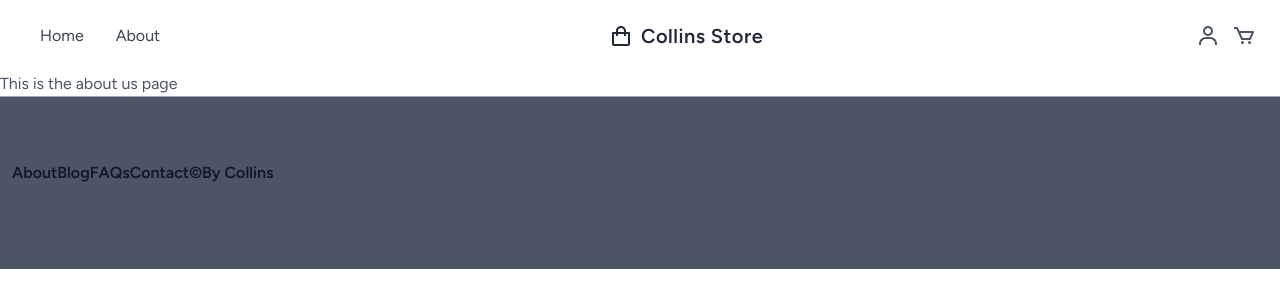
Repository: Collins145/e-commerce-website
Page: http://localhost/about
These files come from the project's save history. The page is drawn as it stood at one moment and after the next save; the edit follows.
The browser window is 1280 px wide. The pictures show the whole page.
The page is served by the project's Laravel application, run on PHP 8.4 with Laravel 10. Other server files are loaded and not shown. Style sheets and scripts are compiled from the project's sources, by tool versions that may differ from the author's.

Above is the page before, as saved 2023-06-17 14:19:45.

### routes/web.php
<?php

use App\Http\Controllers\ProfileController;
use Illuminate\Support\Facades\Route;
use App\Http\Controllers\SiteController;

/*
|--------------------------------------------------------------------------
| Web Routes
|--------------------------------------------------------------------------
|
| Here is where you can register web routes for your application. These
| routes are loaded by the RouteServiceProvider and all of them will
| be assigned to the "web" middleware group. Make something great!
|
*/

Route::get('/', [SiteController::class, 'index'])->name('home');
Route::get('about', [SiteController::class, 'about'])->name('about');
Route::get('footer', [SiteController::class, 'footer'])->name('footer');

Route::get('/dashboard', function () {
    return view('dashboard');
})->middleware(['auth', 'verified'])->name('dashboard');

Route::middleware('auth')->group(function () {
    Route::get('/profile', [ProfileController::class, 'edit'])->name('profile.edit');
    Route::patch('/profile', [ProfileController::class, 'update'])->name('profile.update');
    Route::delete('/profile', [ProfileController::class, 'destroy'])->name('profile.destroy');
});

require __DIR__.'/auth.php';

### app/Http/Controllers/SiteController.php
<?php

namespace App\Http\Controllers;

use Illuminate\Http\Request;

class SiteController extends Controller
{
    public function index() {
        return view('site.home');
    }

    public function about() {
        return view('site.about');
    }
    public function footer() {
        return view('site.footer');
    }
}

### resources/views/site/about.blade.php
@extends('layouts.site')
@section('content')
This is the about us page
@endsection

### resources/views/layouts/site.blade.php
<!DOCTYPE html>
<html lang="{{ str_replace('_', '-', app()->getLocale()) }}">
    <head>
        <meta charset="utf-8">
        <meta name="viewport" content="width=device-width, initial-scale=1">
        <meta name="csrf-token" content="{{ csrf_token() }}">

        <title>{{ config('app.name', 'Laravel') }}</title>

        <!-- Fonts -->
        <link rel="preconnect" href="https://fonts.bunny.net">
        <link href="https://fonts.bunny.net/css?family=figtree:400,500,600&display=swap" rel="stylesheet" />

        <!-- Scripts -->
        @vite(['resources/css/app.css', 'resources/js/app.js'])
    </head>
    <body class="bg-white text-gray-600 font-sans leading-normal text-base tracking-normal">
        <x-site.header/>
        @yield('content')
        <x-site.footer/>
    </body>
</html>

### resources/views/components/site/header.blade.php
    <nav id="header" class="w-full z-30 top-0 py-1">
        <div class="w-full container mx-auto flex flex-wrap items-center justify-between mt-0 px-6 py-3">

            <label for="menu-toggle" class="cursor-pointer md:hidden block">
                <svg class="fill-current text-gray-900" xmlns="http://www.w3.org/2000/svg" width="20" height="20" viewBox="0 0 20 20">
                    <title>menu</title>
                    <path d="M0 3h20v2H0V3zm0 6h20v2H0V9zm0 6h20v2H0v-2z"></path>
                </svg>
            </label>
            <input class="hidden" type="checkbox" id="menu-toggle" />

            <div class="hidden md:flex md:items-center md:w-auto w-full order-3 md:order-1" id="menu">
                <nav>
                    <ul class="md:flex items-center justify-between text-base text-gray-700 pt-4 md:pt-0">
                        <li><a class="inline-block no-underline hover:text-black hover:underline py-2 px-4" href="{{route('home')}}">Home</a></li>
                        <li><a class="inline-block no-underline hover:text-black hover:underline py-2 px-4" href="{{route('about')}}">About</a></li>
                    </ul>
                </nav>
            </div>

            <div class="order-1 md:order-2">
                <a class="flex items-center tracking-wide no-underline hover:no-underline font-bold text-gray-800 text-xl " href="{{route('home')}}">
                    <svg class="fill-current text-gray-800 mr-2" xmlns="http://www.w3.org/2000/svg" width="24" height="24" viewBox="0 0 24 24">
                        <path d="M5,22h14c1.103,0,2-0.897,2-2V9c0-0.553-0.447-1-1-1h-3V7c0-2.757-2.243-5-5-5S7,4.243,7,7v1H4C3.447,8,3,8.447,3,9v11 C3,21.103,3.897,22,5,22z M9,7c0-1.654,1.346-3,3-3s3,1.346,3,3v1H9V7z M5,10h2v2h2v-2h6v2h2v-2h2l0.002,10H5V10z" />
                    </svg>
                    Collins Store
                </a>
            </div>

            <div class="order-2 md:order-3 flex items-center" id="nav-content">

                <a class="inline-block no-underline hover:text-black" href="#">
                    <svg class="fill-current hover:text-black" xmlns="http://www.w3.org/2000/svg" width="24" height="24" viewBox="0 0 24 24">
                        <circle fill="none" cx="12" cy="7" r="3" />
                        <path d="M12 2C9.243 2 7 4.243 7 7s2.243 5 5 5 5-2.243 5-5S14.757 2 12 2zM12 10c-1.654 0-3-1.346-3-3s1.346-3 3-3 3 1.346 3 3S13.654 10 12 10zM21 21v-1c0-3.859-3.141-7-7-7h-4c-3.86 0-7 3.141-7 7v1h2v-1c0-2.757 2.243-5 5-5h4c2.757 0 5 2.243 5 5v1H21z" />
                    </svg>
                </a>

                <a class="pl-3 inline-block no-underline hover:text-black" href="#">
                    <svg class="fill-current hover:text-black" xmlns="http://www.w3.org/2000/svg" width="24" height="24" viewBox="0 0 24 24">
                        <path d="M21,7H7.462L5.91,3.586C5.748,3.229,5.392,3,5,3H2v2h2.356L9.09,15.414C9.252,15.771,9.608,16,10,16h8 c0.4,0,0.762-0.238,0.919-0.606l3-7c0.133-0.309,0.101-0.663-0.084-0.944C21.649,7.169,21.336,7,21,7z M17.341,14h-6.697L8.371,9 h11.112L17.341,14z" />
                        <circle cx="10.5" cy="18.5" r="1.5" />
                        <circle cx="17.5" cy="18.5" r="1.5" />
                    </svg>
                </a>

            </div>
        </div>
    </nav>

### resources/views/components/site/footer.blade.php
    <footer class="container mx-auto bg-gray-600 py-8 border-t border-gray-400">
        <div class="container flex px-3 py-8 ">
            <div class="w-full mx-auto flex flex-wrap">
                <div class="flex w-full lg:w-1/2 ">
                    <div class="flex justify-around px-3 md:px-0">
                        <h3 class="font-bold text-gray-900">About</h3>
                        <h3 class="font-bold text-gray-900">Blog</h3>
                        <h3 class="font-bold text-gray-900">FAQs</h3>
                        <h3 class="font-bold text-gray-900">Contact</h3>
                        <h3 class="font-bold text-gray-900"><span>&copy<span>By Collins</h3>
                    </div>
                </div>
                <div class="flex w-full lg:w-1/2 lg:justify-end lg:text-right">
                    <div class="px-3 md:px-0">
                        <ul class="list-reset items-center pt-3">
                            <li>
                                <a class="inline-block no-underline hover:text-black hover:underline py-1" href="#">Add social links</a>
                            </li>
                        </ul>
                    </div>
                </div>
            </div>
        </div>
    </footer>

Loaded but not shown: routes/auth.php (common file); app/Http/Controllers/Auth/EmailVerificationPromptController.php (common file); app/Http/Controllers/Controller.php (common file); app/Http/Controllers/Auth/VerifyEmailController.php (common file); resources/css/app.css (common file); tailwind.config.js (common file); resources/js/app.js (common file); resources/js/bootstrap.js (common file)

After the next save:
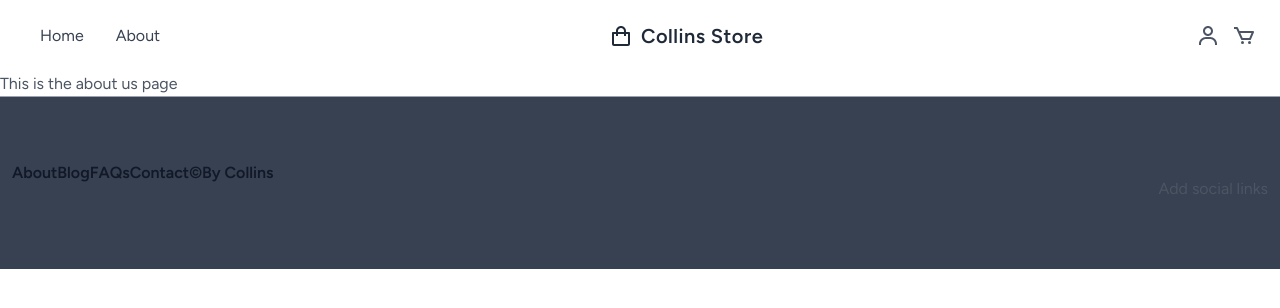
Saved 32 s later.
--- a/resources/views/components/site/footer.blade.php
+++ b/resources/views/components/site/footer.blade.php
@@ -1,4 +1,4 @@
-    <footer class="container mx-auto bg-gray-600 py-8 border-t border-gray-400">
+    <footer class="container mx-auto bg-gray-700 py-8 border-t border-gray-400">
         <div class="container flex px-3 py-8 ">
             <div class="w-full mx-auto flex flex-wrap">
                 <div class="flex w-full lg:w-1/2 ">
